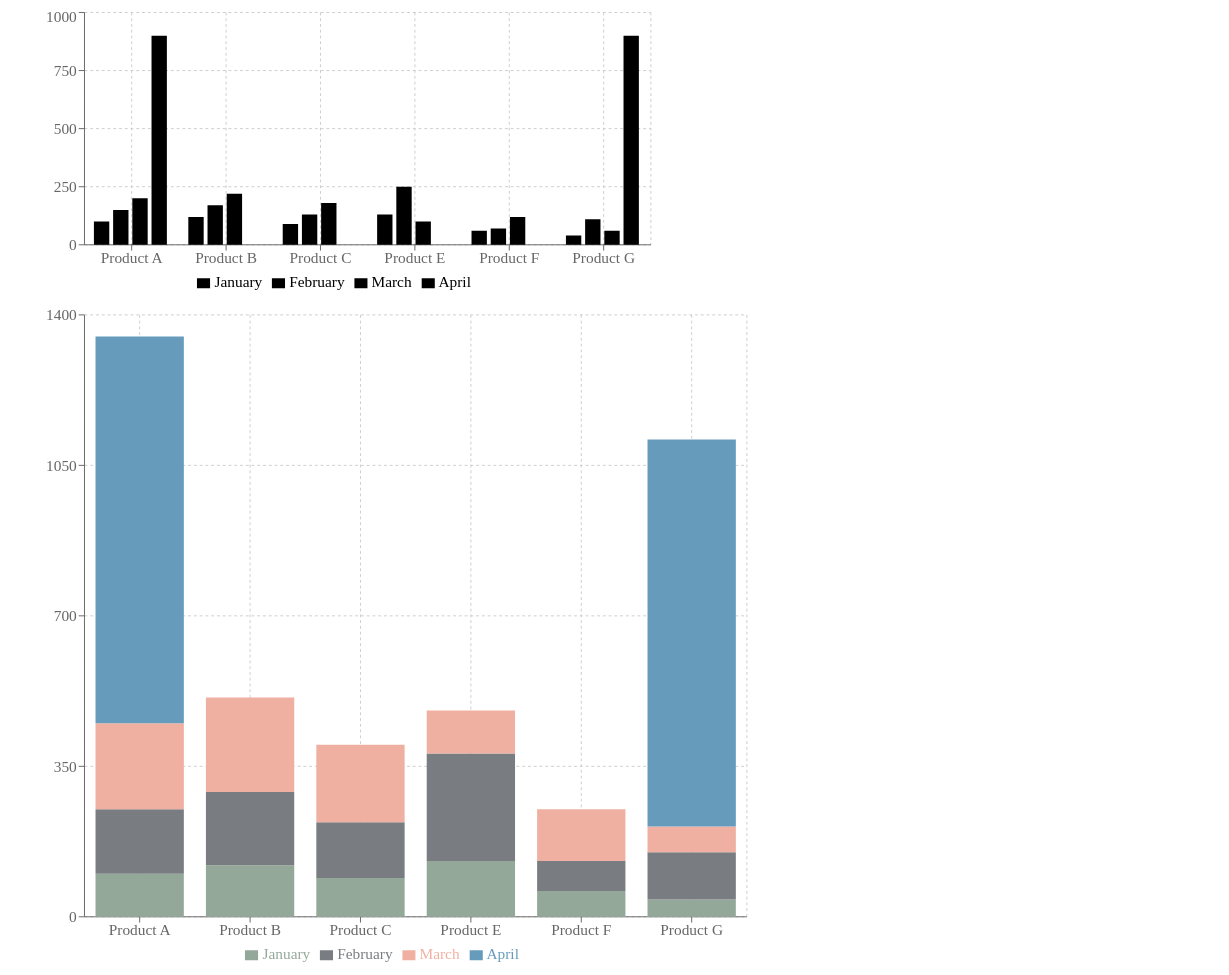
Repository: sagarjain738/test
Page: /
These files come from the project's save history. The page is drawn as it stood at one moment and after the next save; the edit follows.
The browser window is 1280 px wide. The pictures show the whole page, at 96% of full size.
The project was rebuilt for these pictures with package versions that can differ from the ones it lists, and the page was loaded fresh each time. Also part of the build but not shown: vite.config.js, src/App.css, src/components/PieChart.jsx, src/components/Table.jsx, src/index.css.

Above is the page before, as saved 2024-01-20 23:33:29.

### src/App.jsx
import "./App.css";
import FirstChart from "./components/FirstChart";
import totalData, { getTotalData, getTotal, getMonths } from "../Data";
import SecondChart from "./components/SecondData";
import TotalPieChart from "./components/PieChart";
import BasicTable from "./components/Table";

function App() {
  const firstRecord = getTotalData(totalData);
  const total = getTotal(totalData);
  const monthNames = getMonths();
  return (
    <>
      <FirstChart records={firstRecord} monthNames={monthNames.slice(1)} />
      <SecondChart records={firstRecord} monthNames={monthNames.slice(1)} />
      {/* <BasicTable records={firstRecord} /> */}
      {/* <TotalPieChart records={total} monthNames={monthNames} /> */}
    </>
  );
}

export default App;

### src/components/FirstChart.jsx
import {
  Bar,
  BarChart,
  CartesianGrid,
  Legend,
  Rectangle,
  Tooltip,
  XAxis,
  YAxis,
} from "recharts";

const colors = ["#94A89A", "#797D81", "#EFB0A1", "#669bbc"];

const FirstChart = ({ records, monthNames }) => {
  return (
    <BarChart
      width={700}
      height={300}
      data={records}
      margin={{
        top: 5,
        right: 30,
        left: 20,
        bottom: 5,
      }}
    >
      <CartesianGrid strokeDasharray="3 3" />
      <XAxis dataKey="name" />
      <YAxis />
      <Tooltip />
      <Legend />
      {monthNames.map((month, i) => (
        <Bar
          key={month}
          dataKey={month}
          activeBar={<Rectangle fill={colors[i]} stroke="blue" />}
        />
      ))}
    </BarChart>
  );
};

export default FirstChart;

### Data.js
let data = {
  salesData: [
    {
      product: "Product A",
      sales: [
        { month: "January", amount: 100 },
        { month: "February", amount: 150 },
        { month: "March", amount: 200 },
        { month: "April", amount: 900 },
      ],
    },
    {
      product: "Product B",
      sales: [
        { month: "January", amount: 120 },
        { month: "February", amount: 170 },
        { month: "March", amount: 220 },
      ],
    },
    {
      product: "Product C",
      sales: [
        { month: "January", amount: 90 },
        { month: "February", amount: 130 },
        { month: "March", amount: 180 },
      ],
    },
    {
      product: "Product E",
      sales: [
        { month: "January", amount: 130 },
        { month: "February", amount: 250 },
        { month: "March", amount: 100 },
      ],
    },
    {
      product: "Product F",
      sales: [
        { month: "January", amount: 60 },
        { month: "February", amount: 70 },
        { month: "March", amount: 120 },
      ],
    },
    {
      product: "Product G",
      sales: [
        { month: "January", amount: 40 },
        { month: "February", amount: 110 },
        { month: "March", amount: 60 },
        { month: "April", amount: 900 },
      ],
    },
  ],
};

export function getTotalData(records) {
  const result = records.salesData.map((item) => {
    return {
      name: item.product,
      data: item.sales.reduce(
        (acc, itm) => ({ ...acc, [`${itm.month}`]: itm.amount }),
        {}
      ),
    };
  });

  const finalData = result.map((item) => {
    return { name: item.name, ...item.data };
  });

  return finalData;
}

export function getTotals(records) {
  const result = records.salesData.map((item) => {
    return {
      id: item.product,
      label: item.product,
      value: item.sales.reduce((acc, itm) => acc + itm.amount, 0),
      color: "hsl(271, 70%, 50%)",
    };
  });
  return result;
}

export function getTotal(data) {
  let sumOfMonths = {};
  data.salesData.forEach((product) => {
    product.sales.forEach((sale) => {
      sumOfMonths[sale.month] = (sumOfMonths[sale.month] || 0) + sale.amount;
    });
  });

  const output = [];

  for (const key in sumOfMonths) {
    output.push({
      id: key,
      label: key,
      value: sumOfMonths[key],
      color: "hsl(37, 70%, 50%)",
    });
  }

  return output;
}

export function getMonths() {
  const months = new Set();
  months.add("name");
  data.salesData.forEach((d) => d.sales.forEach((v) => months.add(v.month)));

  return [...months];
}

export default data;

### src/components/SecondData.jsx
import {
  BarChart,
  Bar,
  Cell,
  XAxis,
  YAxis,
  CartesianGrid,
  Tooltip,
  Legend,
  ResponsiveContainer,
} from "recharts";

const colors = ["#94A89A", "#797D81", "#EFB0A1", "#669bbc"];

const SecondChart = ({ records, monthNames }) => {
  return (
    <BarChart
      width={800}
      height={700}
      data={records}
      margin={{
        top: 20,
        right: 30,
        left: 20,
        bottom: 5,
      }}
    >
      <CartesianGrid strokeDasharray="3 3" />
      <XAxis dataKey="name" />
      <YAxis />
      <Tooltip />
      <Legend />
      {monthNames.map((month, i) => (
        <Bar key={i} dataKey={month} stackId="a" fill={colors[i]} />
      ))}
    </BarChart>
  );
};

export default SecondChart;

Loaded but not shown: index.html (common file); src/main.jsx (common file)

After the next save:
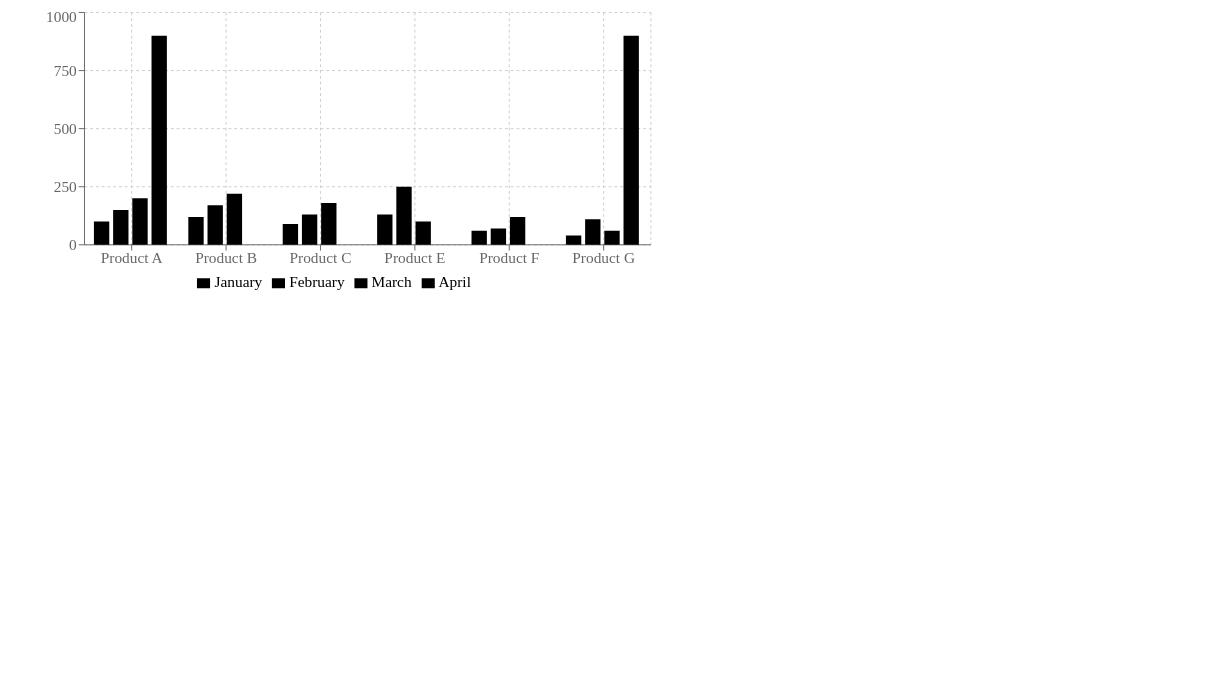
Saved 35 s later.
--- a/src/App.jsx
+++ b/src/App.jsx
@@ -12,7 +12,7 @@ function App() {
   return (
     <>
       <FirstChart records={firstRecord} monthNames={monthNames.slice(1)} />
-      <SecondChart records={firstRecord} monthNames={monthNames.slice(1)} />
+      {/* <SecondChart records={firstRecord} monthNames={monthNames.slice(1)} /> */}
       {/* <BasicTable records={firstRecord} /> */}
       {/* <TotalPieChart records={total} monthNames={monthNames} /> */}
     </>
